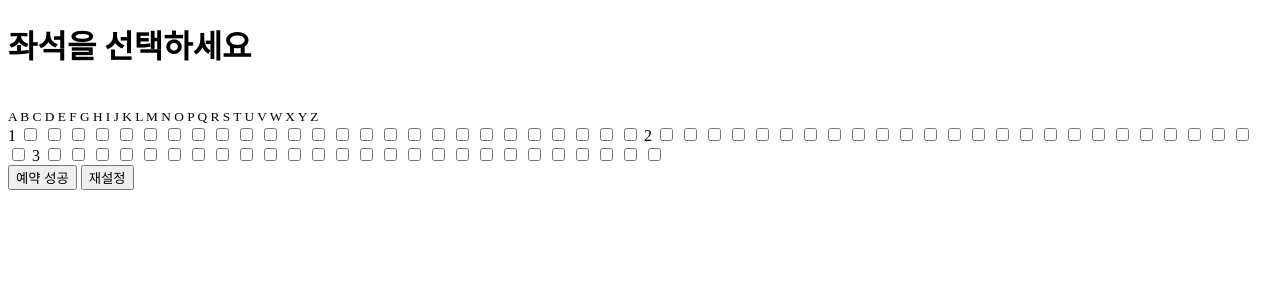
Repository: xxihyun0830/JSP
Page: http://localhost/Day3_getpost/concert_seat.jsp
The author's editor kept a copy of each file at every save. The page is drawn from the files as they stood at one save, then again after the next save.
The browser window is 1280 px wide. The pictures show the whole page.
The page is served by Tomcat 9.

Above is the page before, as saved 2019-07-11 09:21:06.

After the next save:
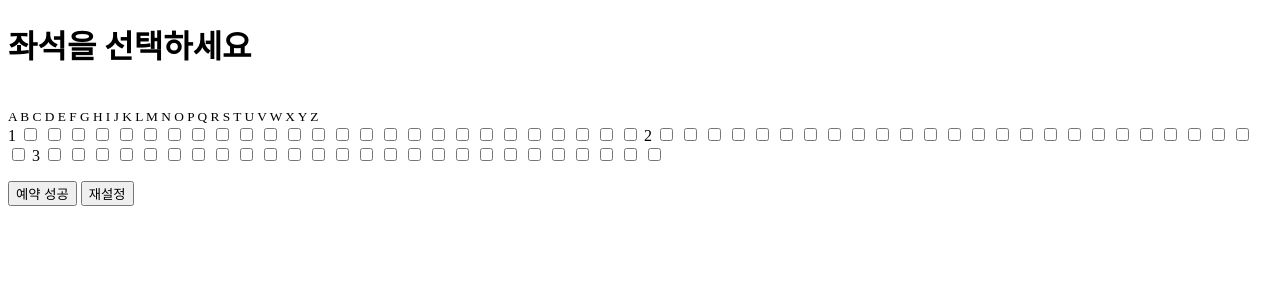
Saved 24 s later.
--- a/Day3_getpost/WebContent/concert_seat.jsp
+++ b/Day3_getpost/WebContent/concert_seat.jsp
@@ -27,6 +27,7 @@
 <%} %>
 
 <br>
+</p>
 <input type = "submit" value = "예약 성공">
 <input type = "reset" value = "재설정">
 

After the save that followed:
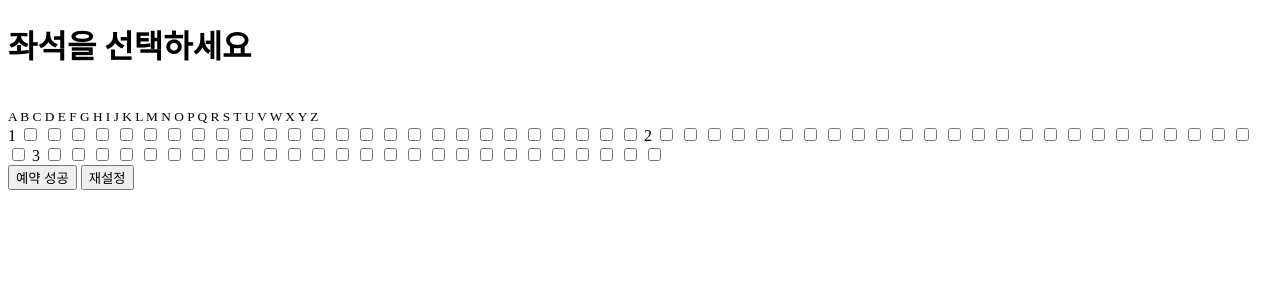
Saved 9 s later.
--- a/Day3_getpost/WebContent/concert_seat.jsp
+++ b/Day3_getpost/WebContent/concert_seat.jsp
@@ -27,10 +27,10 @@
 <%} %>
 
 <br>
-</p>
+
 <input type = "submit" value = "예약 성공">
 <input type = "reset" value = "재설정">
 
-
+</p>
 </body>
 </html>
